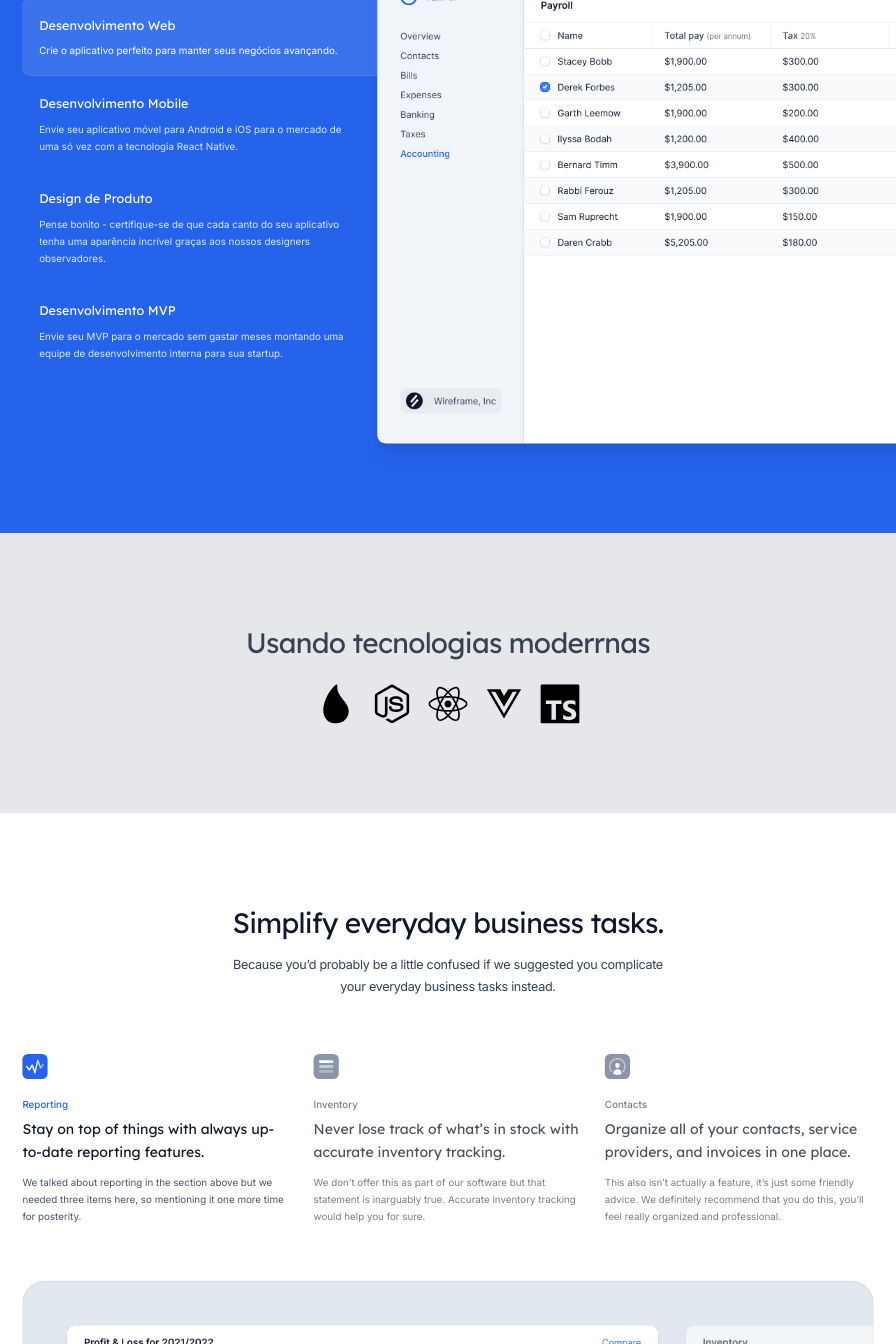
Repository: LuisSempre/imaginative
Page: /
These files come from the project's save history. The page is drawn as it stood at one moment and after the next save; the edit follows.
The browser window is 1280 px wide. The pictures show the part of the page from y = 2302 to 4222 px (the page is 10318 px tall), at 70% of full size.
The project was rebuilt for these pictures with package versions that can differ from the ones it lists, and the page was loaded fresh each time. The framework's server and built-in components were replaced by stand-ins that run in the browser. Also part of the build but not shown: next.config.js.

Above is the page before, as saved 2022-07-15 11:55:49.

### src/pages/index.jsx
import Head from 'next/head'

import { CallToAction } from '@/components/CallToAction'
import { Faqs } from '@/components/Faqs'
import { Footer } from '@/components/Footer'
import { Header } from '@/components/Header'
import { Hero } from '@/components/Hero'
import { Contact } from '@/components/Contact'
import { PrimaryFeatures } from '@/components/PrimaryFeatures'
import { SecondaryFeatures } from '@/components/SecondaryFeatures'
import { Testimonials } from '@/components/Testimonials'
import { Tecnology } from '@/components/Tecnology'

export default function Home() {
  return (
    <>
      <Head>
        <title>TaxPal - Accounting made simple for small businesses</title>
        <meta
          name="description"
          content="Most bookkeeping software is accurate, but hard to use. We make the opposite trade-off, and hope you don’t get audited."
        />
      </Head>
      <Header />
      <main>
        <Hero />
        <PrimaryFeatures />
        <Tecnology />
        <SecondaryFeatures />
        <CallToAction />
        <Testimonials />
        <Contact />
        <Faqs />
      </main>
      <Footer />
    </>
  )
}

### src/components/CallToAction.jsx
import Image from 'next/future/image'

import { Button } from '@/components/Button'
import { Container } from '@/components/Container'
import backgroundImage from '@/images/background-call-to-action.jpg'

export function CallToAction() {
  return (
    <section
      id="get-started-today"
      className="relative overflow-hidden bg-blue-600 py-32"
    >
      <Image
        className="absolute top-1/2 left-1/2 max-w-none -translate-x-1/2 -translate-y-1/2"
        src={backgroundImage}
        alt=""
        width={2347}
        height={1244}
        unoptimized
      />
      <Container className="relative">
        <div className="mx-auto max-w-lg text-center">
          <h2 className="font-display text-3xl tracking-tight text-white sm:text-4xl">
            Get started today
          </h2>
          <p className="mt-4 text-lg tracking-tight text-white">
            It’s time to take control of your books. Buy our software so you can
            feel like you’re doing something productive.
          </p>
          <Button href="/register" color="white" className="mt-10">
            Get 6 months free
          </Button>
        </div>
      </Container>
    </section>
  )
}

### src/components/Faqs.jsx
import Image from 'next/future/image'

import { Container } from '@/components/Container'
import backgroundImage from '@/images/background-faqs.jpg'

const faqs = [
  [
    {
      question: 'Does TaxPal handle VAT?',
      answer:
        'Well no, but if you move your company offshore you can probably ignore it.',
    },
    {
      question: 'Can I pay for my subscription via purchase order?',
      answer: 'Absolutely, we are happy to take your money in all forms.',
    },
    {
      question: 'How do I apply for a job at TaxPal?',
      answer:
        'We only hire our customers, so subscribe for a minimum of 6 months and then let’s talk.',
    },
  ],
  [
    {
      question: 'What was that testimonial about tax fraud all about?',
      answer:
        'TaxPal is just a software application, ultimately your books are your responsibility.',
    },
    {
      question:
        'TaxPal sounds horrible but why do I still feel compelled to purchase?',
      answer:
        'This is the power of excellent visual design. You just can’t resist it, no matter how poorly it actually functions.',
    },
    {
      question:
        'I found other companies called TaxPal, are you sure you can use this name?',
      answer:
        'Honestly not sure at all. We haven’t actually incorporated or anything, we just thought it sounded cool and made this website.',
    },
  ],
  [
    {
      question: 'How do you generate reports?',
      answer:
        'You just tell us what data you need a report for, and we get our kids to create beautiful charts for you using only the finest crayons.',
    },
    {
      question: 'Can we expect more inventory features?',
      answer: 'In life it’s really better to never expect anything at all.',
    },
    {
      question: 'I lost my password, how do I get into my account?',
      answer:
        'Send us an email and we will send you a copy of our latest password spreadsheet so you can find your information.',
    },
  ],
]

export function Faqs() {
  return (
    <section
      id="faq"
      aria-labelledby="faq-title"
      className="relative overflow-hidden bg-slate-50 py-20 sm:py-32"
    >
      <Image
        className="absolute top-0 left-1/2 max-w-none translate-x-[-30%] -translate-y-1/4"
        src={backgroundImage}
        alt=""
        width={1558}
        height={946}
        unoptimized
      />
      <Container className="relative">
        <div className="mx-auto max-w-2xl lg:mx-0">
          <h2
            id="faq-title"
            className="font-display text-3xl tracking-tight text-slate-900 sm:text-4xl"
          >
            Frequently asked questions
          </h2>
          <p className="mt-4 text-lg tracking-tight text-slate-700">
            If you can’t find what you’re looking for, email our support team
            and if you’re lucky someone will get back to you.
          </p>
        </div>
        <ul
          role="list"
          className="mx-auto mt-16 grid max-w-2xl grid-cols-1 gap-8 lg:max-w-none lg:grid-cols-3"
        >
          {faqs.map((column, columnIndex) => (
            <li key={columnIndex}>
              <ul role="list" className="flex flex-col gap-y-8">
                {column.map((faq, faqIndex) => (
                  <li key={faqIndex}>
                    <h3 className="font-display text-lg leading-7 text-slate-900">
                      {faq.question}
                    </h3>
                    <p className="mt-4 text-sm text-slate-700">{faq.answer}</p>
                  </li>
                ))}
              </ul>
            </li>
          ))}
        </ul>
      </Container>
    </section>
  )
}

### src/components/Footer.jsx
import Link from 'next/link'

import { Container } from '@/components/Container'
import { Logo } from '@/components/Logo'
import { NavLink } from '@/components/NavLink'

export function Footer() {
  return (
    <footer className="bg-slate-50">
      <Container>
        <div className="py-16">
          <Logo className="mx-auto h-10 w-auto" />
          <nav className="mt-10 text-sm" aria-label="quick links">
            <div className="-my-1 flex justify-center gap-x-6">
              <NavLink href="#features">Features</NavLink>
              <NavLink href="#testimonials">Testimonials</NavLink>
              <NavLink href="#pricing">Pricing</NavLink>
            </div>
          </nav>
        </div>
        <div className="flex flex-col items-center border-t border-slate-400/10 py-10 sm:flex-row-reverse sm:justify-between">
          <div className="flex gap-x-6">
            <Link
              href="https://twitter.com"
              className="group"
              aria-label="TaxPal on Twitter"
            >
              <svg
                aria-hidden="true"
                className="h-6 w-6 fill-slate-500 group-hover:fill-slate-700"
              >
                <path d="M8.29 20.251c7.547 0 11.675-6.253 11.675-11.675 0-.178 0-.355-.012-.53A8.348 8.348 0 0 0 22 5.92a8.19 8.19 0 0 1-2.357.646 4.118 4.118 0 0 0 1.804-2.27 8.224 8.224 0 0 1-2.605.996 4.107 4.107 0 0 0-6.993 3.743 11.65 11.65 0 0 1-8.457-4.287 4.106 4.106 0 0 0 1.27 5.477A4.073 4.073 0 0 1 2.8 9.713v.052a4.105 4.105 0 0 0 3.292 4.022 4.093 4.093 0 0 1-1.853.07 4.108 4.108 0 0 0 3.834 2.85A8.233 8.233 0 0 1 2 18.407a11.615 11.615 0 0 0 6.29 1.84" />
              </svg>
            </Link>
            <Link
              href="https://github.com"
              className="group"
              aria-label="TaxPal on GitHub"
            >
              <svg
                aria-hidden="true"
                className="h-6 w-6 fill-slate-500 group-hover:fill-slate-700"
              >
                <path d="M12 2C6.477 2 2 6.484 2 12.017c0 4.425 2.865 8.18 6.839 9.504.5.092.682-.217.682-.483 0-.237-.008-.868-.013-1.703-2.782.605-3.369-1.343-3.369-1.343-.454-1.158-1.11-1.466-1.11-1.466-.908-.62.069-.608.069-.608 1.003.07 1.531 1.032 1.531 1.032.892 1.53 2.341 1.088 2.91.832.092-.647.35-1.088.636-1.338-2.22-.253-4.555-1.113-4.555-4.951 0-1.093.39-1.988 1.029-2.688-.103-.253-.446-1.272.098-2.65 0 0 .84-.27 2.75 1.026A9.564 9.564 0 0 1 12 6.844a9.59 9.59 0 0 1 2.504.337c1.909-1.296 2.747-1.027 2.747-1.027.546 1.379.202 2.398.1 2.651.64.7 1.028 1.595 1.028 2.688 0 3.848-2.339 4.695-4.566 4.943.359.309.678.92.678 1.855 0 1.338-.012 2.419-.012 2.747 0 .268.18.58.688.482A10.02 10.02 0 0 0 22 12.017C22 6.484 17.522 2 12 2Z" />
              </svg>
            </Link>
          </div>
          <p className="mt-6 text-sm text-slate-500 sm:mt-0">
            Copyright &copy; {new Date().getFullYear()} TaxPal. All rights
            reserved.
          </p>
        </div>
      </Container>
    </footer>
  )
}

### src/components/Header.jsx
import { Fragment } from 'react'
import Link from 'next/link'
import { Popover, Transition } from '@headlessui/react'
import clsx from 'clsx'
import { Container } from '@/components/Container'
import { Logo } from '@/components/Logo'
import { NavLink } from '@/components/NavLink'

function MobileNavLink({ href, children }) {
  return (
    <Popover.Button as={Link} href={href} className="block w-full p-2">
      {children}
    </Popover.Button>
  )
}

function MobileNavIcon({ open }) {
  return (
    <svg
      aria-hidden="true"
      className="h-3.5 w-3.5 overflow-visible stroke-slate-700"
      fill="none"
      strokeWidth={2}
      strokeLinecap="round"
    >
      <path
        d="M0 1H14M0 7H14M0 13H14"
        className={clsx(
          'origin-center transition',
          open && 'scale-90 opacity-0'
        )}
      />
      <path
        d="M2 2L12 12M12 2L2 12"
        className={clsx(
          'origin-center transition',
          !open && 'scale-90 opacity-0'
        )}
      />
    </svg>
  )
}

function MobileNavigation() {
  return (
    <Popover>
      <Popover.Button
        className="relative z-10 flex h-8 w-8 items-center justify-center [&:not(:focus-visible)]:focus:outline-none"
        aria-label="Toggle Navigation"
      >
        {({ open }) => <MobileNavIcon open={open} />}
      </Popover.Button>
      <Transition.Root>
        <Transition.Child
          as={Fragment}
          enter="duration-150 ease-out"
          enterFrom="opacity-0"
          enterTo="opacity-100"
          leave="duration-150 ease-in"
          leaveFrom="opacity-100"
          leaveTo="opacity-0"
        >
          <Popover.Overlay className="fixed inset-0 bg-slate-300/50" />
        </Transition.Child>
        <Transition.Child
          as={Fragment}
          enter="duration-150 ease-out"
          enterFrom="opacity-0 scale-95"
          enterTo="opacity-100 scale-100"
          leave="duration-100 ease-in"
          leaveFrom="opacity-100 scale-100"
          leaveTo="opacity-0 scale-95"
        >
          <Popover.Panel
            as="div"
            className="absolute inset-x-0 flex flex-col p-4 mt-4 text-lg tracking-tight origin-top bg-white shadow-xl top-full rounded-2xl text-slate-900 ring-1 ring-slate-900/5"
          >
            <MobileNavLink href="#services">Serviços</MobileNavLink>
            <MobileNavLink href="#portifolio">Portfólio</MobileNavLink>
            <MobileNavLink href="#sobre">Sobre</MobileNavLink>
          </Popover.Panel>
        </Transition.Child>
      </Transition.Root>
    </Popover>
  )
}

export function Header() {
  return (
    <header className="py-10">
      <Container>
        <nav className="relative z-50 flex justify-between">
          <div className="flex items-center md:gap-x-12">
            <Link href="#" aria-label="Home">
              <Logo className="w-auto h-10" />
            </Link>
          </div>
          <div className="flex items-center gap-x-5 md:gap-x-8">
            <div className="hidden md:flex">
              <NavLink href="#services">Serviços</NavLink>
              <NavLink href="#portifolio">Portfólio</NavLink>
              <NavLink href="#sobre">Sobre</NavLink>
            </div>
            <div className="-mr-1 md:hidden">
              <MobileNavigation />
            </div>
          </div>
        </nav>
      </Container>
    </header>
  )
}

### src/components/Hero.jsx
import Image from 'next/future/image'

import { Button } from '@/components/Button'
import { Container } from '@/components/Container'
import logoLaravel from '@/images/logos/laravel.svg'
import logoMirage from '@/images/logos/mirage.svg'
import logoStatamic from '@/images/logos/statamic.svg'
import logoStaticKit from '@/images/logos/statickit.svg'
import logoTransistor from '@/images/logos/transistor.svg'
import logoTuple from '@/images/logos/tuple.svg'

export function Hero() {
  return (
    <Container className="pt-20 pb-16 text-center lg:pt-32">
      <h1 className="max-w-4xl mx-auto text-5xl font-medium tracking-tight font-display text-slate-900 sm:text-7xl">
        Construindo{' '}
        <span className="relative text-blue-500 whitespace-nowrap">
          <svg
            aria-hidden="true"
            viewBox="0 0 418 42"
            className="absolute top-2/3 left-0 h-[0.58em] w-full fill-blue-300/70"
            preserveAspectRatio="none"
          >
            <path d="M203.371.916c-26.013-2.078-76.686 1.963-124.73 9.946L67.3 12.749C35.421 18.062 18.2 21.766 6.004 25.934 1.244 27.561.828 27.778.874 28.61c.07 1.214.828 1.121 9.595-1.176 9.072-2.377 17.15-3.92 39.246-7.496C123.565 7.986 157.869 4.492 195.942 5.046c7.461.108 19.25 1.696 19.17 2.582-.107 1.183-7.874 4.31-25.75 10.366-21.992 7.45-35.43 12.534-36.701 13.884-2.173 2.308-.202 4.407 4.442 4.734 2.654.187 3.263.157 15.593-.78 35.401-2.686 57.944-3.488 88.365-3.143 46.327.526 75.721 2.23 130.788 7.584 19.787 1.924 20.814 1.98 24.557 1.332l.066-.011c1.201-.203 1.53-1.825.399-2.335-2.911-1.31-4.893-1.604-22.048-3.261-57.509-5.556-87.871-7.36-132.059-7.842-23.239-.254-33.617-.116-50.627.674-11.629.54-42.371 2.494-46.696 2.967-2.359.259 8.133-3.625 26.504-9.81 23.239-7.825 27.934-10.149 28.304-14.005.417-4.348-3.529-6-16.878-7.066Z" />
          </svg>
          <span className="relative">software inovador</span>
        </span>{' '}
        para você crescer.
      </h1>
      <p className="max-w-2xl mx-auto mt-6 text-xl tracking-tight text-slate-700">
        Desenvolvimento de aplicativos web e mobile
      </p>
      <div className="flex justify-center mt-10 gap-x-6">
        <Button className="px-12 py-4 text-xl" href="#contato">
          Entre em contato
        </Button>
      </div>
      <div className="mt-36 lg:mt-44">
        <p className="text-base font-display text-slate-900">
         Confiado por empresas inovadoras
        </p>
        <ul
          role="list"
          className="flex items-center justify-center mt-8 gap-x-8 sm:flex-col sm:gap-x-0 sm:gap-y-10 xl:flex-row xl:gap-x-12 xl:gap-y-0"
        >
          {[
            [
              { name: 'Transistor', logo: logoTransistor },
              { name: 'Tuple', logo: logoTuple },
              { name: 'StaticKit', logo: logoStaticKit },
            ],
            [
              { name: 'Mirage', logo: logoMirage },
              { name: 'Laravel', logo: logoLaravel },
              { name: 'Statamic', logo: logoStatamic },
            ],
          ].map((group, groupIndex) => (
            <li key={groupIndex}>
              <ul
                role="list"
                className="flex flex-col items-center gap-y-8 sm:flex-row sm:gap-x-12 sm:gap-y-0"
              >
                {group.map((company) => (
                  <li key={company.name} className="flex">
                    <Image src={company.logo} alt={company.name} unoptimized />
                  </li>
                ))}
              </ul>
            </li>
          ))}
        </ul>
      </div>
    </Container>
  )
}

### src/components/Tecnology.jsx
import { Container } from '@/components/Container'
import { FaReact, FaVuejs, FaNodeJs } from 'react-icons/fa'
import { SiElixir, SiTypescript } from 'react-icons/si'

export function Tecnology() {
  return (
    <section
      id="get-started-today"
      className="relative py-32 overflow-hidden bg-gray-200"
    >
      <Container className="relative">
        <div className="w-full mx-auto text-center">
          <h2 className="text-3xl tracking-tight text-gray-700 font-display sm:text-4xl">
            Usando tecnologias moderrnas
          </h2>
          <div className="flex justify-center mt-8 space-x-6">
            <SiElixir className="h-14 w-14" />
            <FaNodeJs className="h-14 w-14" />
            <FaReact className="h-14 w-14" />
            <FaVuejs className="h-14 w-14" />
            <SiTypescript className="h-14 w-14" />
          </div>
        </div>
      </Container>
    </section>
  )
}

### src/components/Button.jsx
import Link from 'next/link'
import clsx from 'clsx'

const baseStyles = {
  solid:
    'group inline-flex items-center justify-center rounded-full py-2 px-4 text-sm font-semibold focus:outline-none focus-visible:outline-2 focus-visible:outline-offset-2',
  outline:
    'group inline-flex ring-1 items-center justify-center rounded-full py-2 px-4 text-sm focus:outline-none',
}

const variantStyles = {
  solid: {
    slate:
      'bg-slate-900 text-white hover:bg-slate-700 hover:text-slate-100 active:bg-slate-800 active:text-slate-300 focus-visible:outline-slate-900',
    blue: 'bg-blue-600 text-white hover:text-slate-100 hover:bg-blue-500 active:bg-blue-800 active:text-blue-100 focus-visible:outline-blue-600',
    white:
      'bg-white text-slate-900 hover:bg-blue-50 active:bg-blue-200 active:text-slate-600 focus-visible:outline-white',
  },
  outline: {
    slate:
      'ring-slate-200 text-slate-700 hover:text-slate-900 hover:ring-slate-300 active:bg-slate-100 active:text-slate-600 focus-visible:outline-blue-600 focus-visible:ring-slate-300',
    white:
      'ring-slate-700 text-white hover:ring-slate-500 active:ring-slate-700 active:text-slate-400 focus-visible:outline-white',
  },
}

export function Button({
  variant = 'solid',
  color = 'slate',
  className,
  href,
  ...props
}) {
  className = clsx(
    baseStyles[variant],
    variantStyles[variant][color],
    className
  )

  return href ? (
    <Link href={href} className={className} {...props} />
  ) : (
    <button className={className} {...props} />
  )
}

### src/components/Logo.jsx
import Image from 'next/image'
import logo from '../images/logos/logo.png'
export function Logo(props) {
  return <Image src={logo}  width={200}  height={32} alt="Picture of the author" />
}

Loaded but not shown: src/pages/_app.jsx (common file); src/pages/_document.jsx (common file); src/styles/tailwind.css (common file); src/components/Container.jsx (common file); src/components/NavLink.jsx (common file); tailwind.config.js (common file); src/components/Contact.jsx (187 lines, source omitted); src/components/SecondaryFeatures.jsx (231 lines, source omitted); src/components/Testimonials.jsx (144 lines, source omitted); src/components/PrimaryFeatures.jsx (157 lines, source omitted)

After the next save:
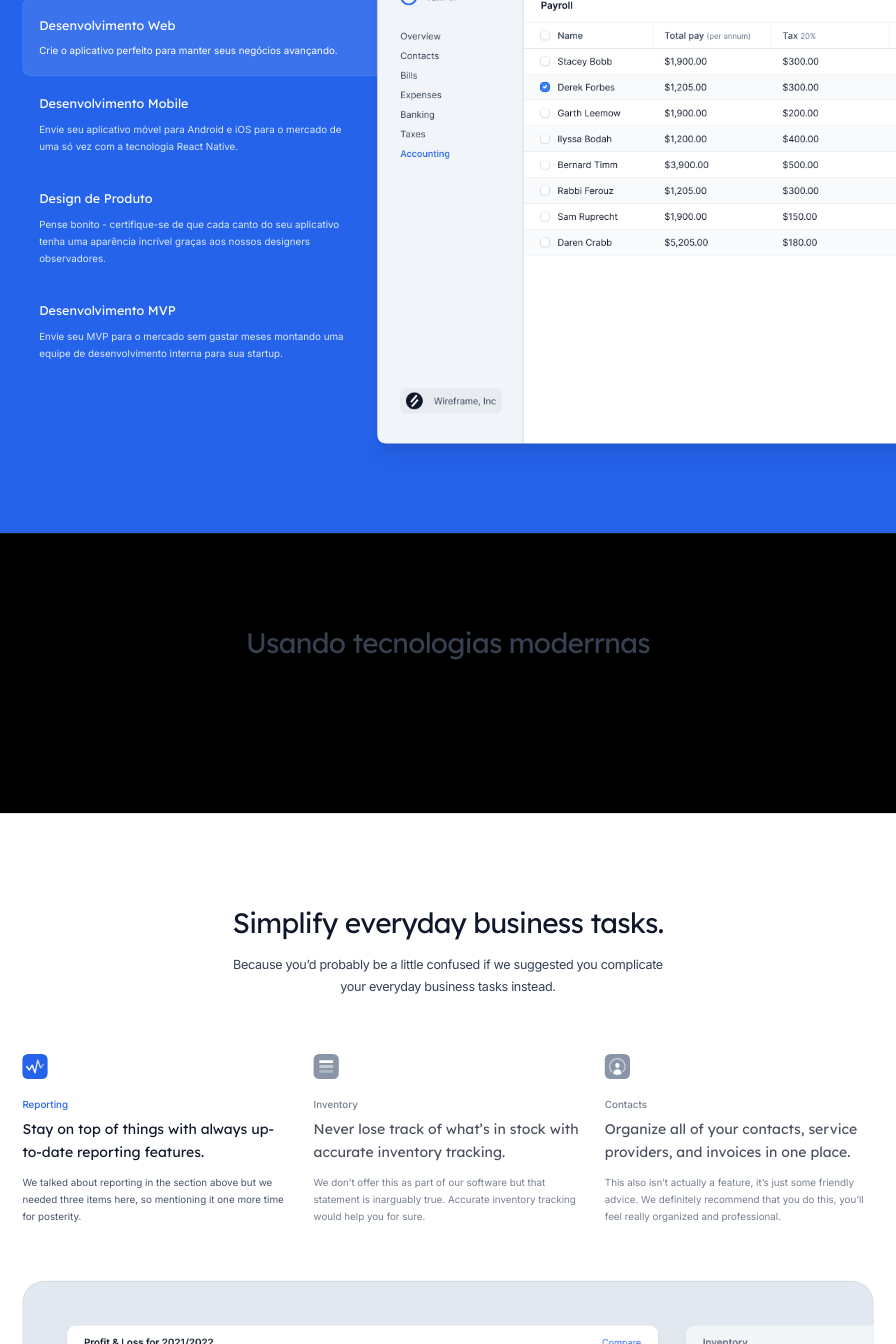
Saved 83 s later.
--- a/src/components/Tecnology.jsx
+++ b/src/components/Tecnology.jsx
@@ -6,7 +6,7 @@
   return (
     <section
       id="get-started-today"
-      className="relative py-32 overflow-hidden bg-gray-200"
+      className="relative py-32 overflow-hidden bg-black"
     >
       <Container className="relative">
         <div className="w-full mx-auto text-center">
